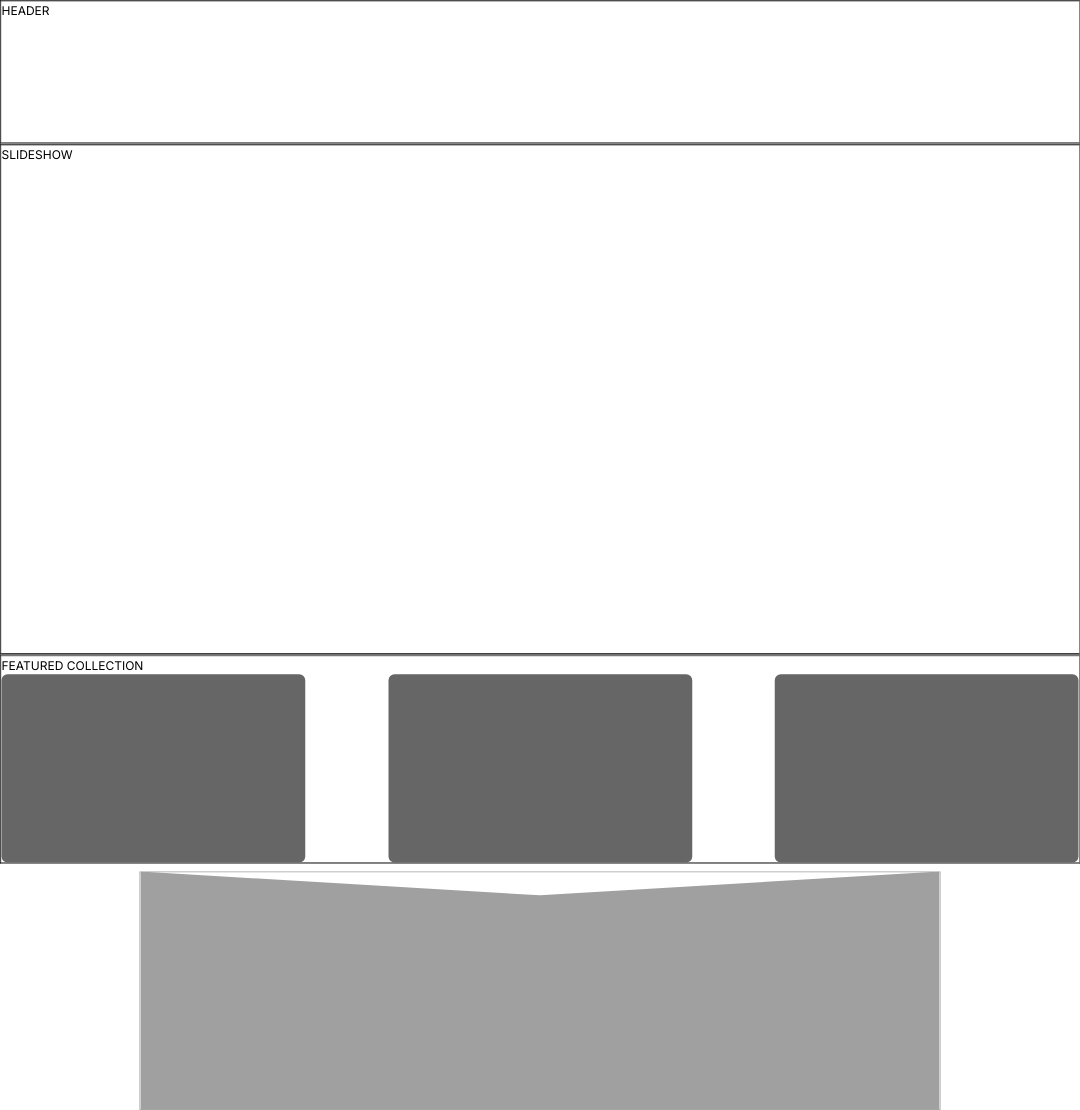
Repository: theophiloweb/landpage_disgital_store
Page: index.html
The author's editor kept a copy of each file at every save. The page is drawn from the files as they stood at one save, then again after the next save.
The browser window is 1280 px wide. The page is 1440 px wide, so the pictures cover 1440 px, including what lies to the right of the window. The pictures show the whole page, at 75% of full size.

Above is the page before, as saved 2025-04-23 11:02:48.

### index.html
<!DOCTYPE html>
<html lang="en">

<head>
    <meta charset="UTF-8">
    <meta name="viewport" content="width=device-width, initial-scale=1.0">
    <title>Document</title>
    <script src="https://cdn.jsdelivr.net/npm/@tailwindcss/browser@4"></script>
    <link rel="stylesheet" href="style.css">
    <link rel="shortcut icon" href="./images/logo.svg" type="image/x-icon">
</head>

<body>

    <!-- Container principal  -->
    <div class="container">

        <header>
            <p>HEADER</p>
        </header>

        <main>

            <aside>

                <section class="slideshow">
                    <p>SLIDESHOW</p>
                </section>

                <section class="featured_collection">
                    <p>FEATURED COLLECTION</p>
                    <div class="img_featured_collection">
                        <div class="img_featured_collection_img1"></div>
                        <div class="img_featured_collection_img2"></div>
                        <div class="img_featured_collection_img3"></div>
                    </div>
                </section>

                <section class="featured_collection_2">

                    <div class="featured_collection_2_box1">
                        <div class="featured_collection_2_box2"></div>
                    </div>


                </section>

            </aside>

        </main>
    </div>
</body>

</html>

### style.css
@import url('https://fonts.googleapis.com/css2?family=Inter:ital,opsz,wght@0,14..32,100..900;1,14..32,100..900&family=Oswald:wght@200..700&family=Roboto:ital,wght@0,100..900;1,100..900&display=swap');

:root {
    --color-dark: #1F1F1F;
    --dark-gray-1: #474747;
    --dark-gray-2: #666666;
    --light-gray-1: #8F8F8F;
    --light-gray-2: #CCCCCC;
    --light-gray-3: #F5F5F5;
    --white: #FFFFFF;
    --primary: #C92071;
    --secundary: #B5B6F2;
    --tTertiary: #991956;
    --error: #EE4266;
    --success: #52CA76;
    --warning: #F6AA1C;
    --primary-g: linear-gradient(top, #C92071 0%, #EDABCA 100%);
    --secondary-g: linear-gradient(top, #B5B6F2 0%, #EFEFFF 100%);
}

* {
    margin: 0;
    padding: 0;
    box-sizing: border-box;
    font-family: "Inter", sans-serif;
}

body {
    width: 100%;
    height: auto;
    display: grid;
    place-items: center;
    grid-template-columns: auto;
    grid-template-rows: auto;
}

.container {
    display: grid;
    grid-template-rows: 1fr;
    place-items: center;
    max-width: 1440px;

}

/* Header */
header {
    border: 2px groove var(--color-dark);
    width: 1440px;
    height: 192px;
}

/* Section Central Slideshow */
.slideshow {
    border: 2px groove var(--color-dark);
    width: 1440px;
    height: 681px;
}

/* Section Central featured_collection - Image */
.featured_collection {
    border: 2px groove var(--color-dark);
    max-width: 1440px;
}

.img_featured_collection {
    display: flex;

    justify-content: space-between;
}

.img_featured_collection_img1 {
    width: 405px;
    height: 251px;
    border-radius: 8px;
    background-color: var(--dark-gray-2);
}

.img_featured_collection_img2 {
    width: 405px;
    height: 251px;
    border-radius: 8px;
    background-color: var(--dark-gray-2);
}

.img_featured_collection_img3 {
    width: 405px;
    height: 251px;
    border-radius: 8px;
    background-color: var(--dark-gray-2);
}

/* Section Central featured_collection 2 */
.featured_collection_2 {
    display: flex;
    justify-content: center;
    max-width: 1440px;
    margin-top: 10px;
}

.featured_collection_2_box1 {
    width: 1067.5px;
    height: 317.5px;
    position: relative;
    display: flex;
    justify-content: center;
    align-items: center;
    box-sizing: border-box;
    /* Borda clara para o retângulo externo */
    border: 1px solid #a0a0a0;
    /* Cor de borda clara */
}

.featured_collection_2_box2 {
    width: 1067.5px;
    height: 317.5px;
    border: none;
    /* Remove a borda padrão */
    border-radius: 0;
    /* Remove border-radius se a forma for recortada */
    position: relative;
    /* Necessário para o pseudo-elemento */
    overflow: hidden;
    /* Garante que o pseudo-elemento recortado se encaixe */

    /* Cor da borda do polígono */
    background-color: #a0a0a0;
    /* Cor clara como na box1 */

    /* Define a forma de polígono: laterais em 0%/100%, topo em telhado com pico em 50% 10% */
    /* Ajuste o valor '10%' se a altura do pico não for exata */
    -webkit-clip-path: polygon(0% 0%, 50% 10%, 100% 0%, 100% 100%, 0% 100%);
    clip-path: polygon(0% 0%, 50% 10%, 100% 0%, 100% 100%, 0% 100%);

    box-sizing: border-box;
}

/* Pseudo-elemento para criar a área transparente dentro do polígono */
.featured_collection_2_box2::before {
    content: '';
    /* Obrigatório */
    position: absolute;
    /* Posição e tamanho para simular a borda (ex: 2px de espessura) */
    top: 2px;
    /* Ajuste a espessura da linha aqui */
    left: 2px;
    /* Ajuste a espessura da linha aqui */
    width: calc(100% - 4px);
    /* 100% - (2 * espessura) */
    height: calc(100% - 4px);
    /* 100% - (2 * espessura) */

    /* Fundo transparente para mostrar apenas a borda do polígono */
    background-color: transparent;

    /* Aplica o mesmo clip-path */
    -webkit-clip-path: polygon(0% 0%, 50% 10%, 100% 0%, 100% 100%, 0% 100%);
    clip-path: polygon(0% 0%, 50% 10%, 100% 0%, 100% 100%, 0% 100%);
}

After the next save:
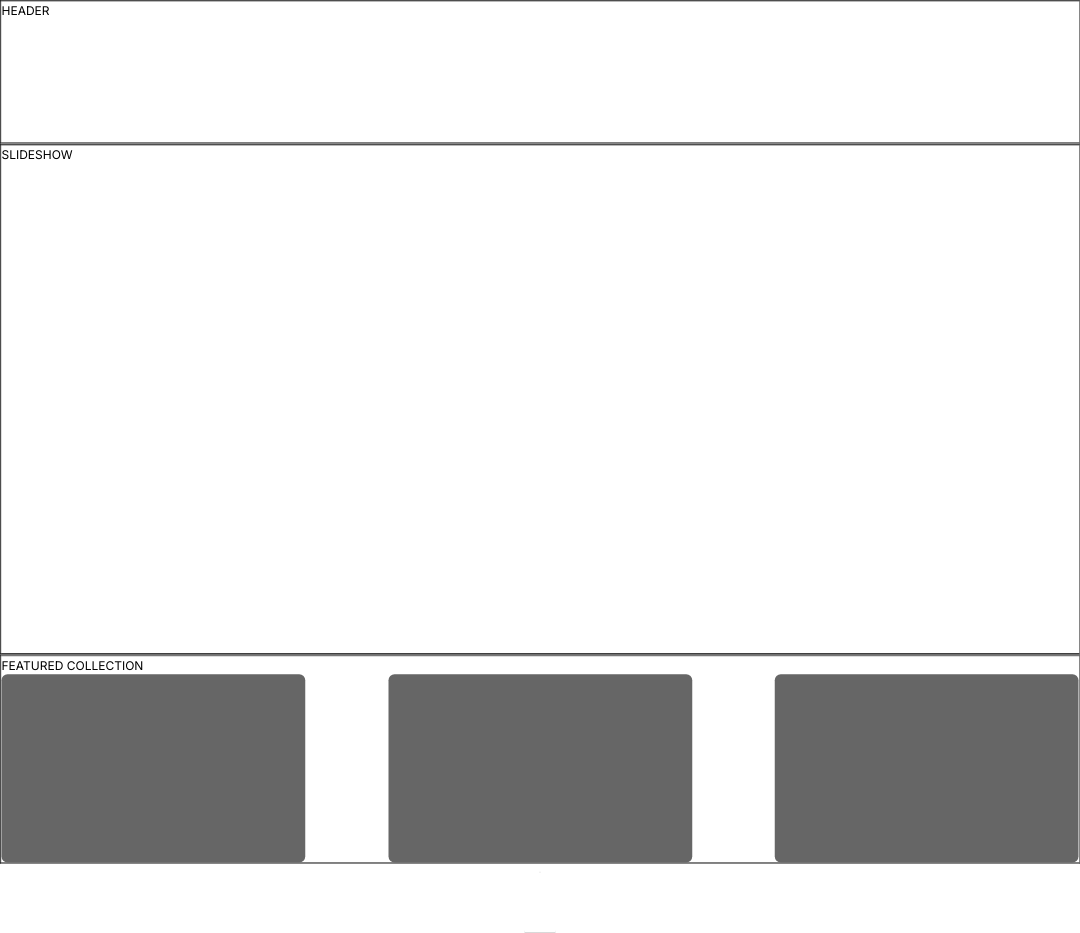
Saved 3 min 44 s later.
--- a/style.css
+++ b/style.css
@@ -98,61 +98,30 @@
 }
 
 .featured_collection_2_box1 {
-    width: 1067.5px;
-    height: 317.5px;
+    /* garante que o filho seja recortado corretamente */
+    overflow: hidden;
+    /* para posicionamento relativo, se precisar de pseudo-elementos depois */
     position: relative;
-    display: flex;
-    justify-content: center;
-    align-items: center;
-    box-sizing: border-box;
-    /* Borda clara para o retângulo externo */
-    border: 1px solid #a0a0a0;
-    /* Cor de borda clara */
 }
 
+/* Aqui vem a magia do trapézio */
 .featured_collection_2_box2 {
-    width: 1067.5px;
-    height: 317.5px;
-    border: none;
-    /* Remove a borda padrão */
-    border-radius: 0;
-    /* Remove border-radius se a forma for recortada */
-    position: relative;
-    /* Necessário para o pseudo-elemento */
-    overflow: hidden;
-    /* Garante que o pseudo-elemento recortado se encaixe */
+    /* medidas genéricas — ajuste conforme o seu layout */
+    width: 100%;
+    padding: 40px 20px;
+    background-color: #fff;
+    border: 1px solid #ccc;
 
-    /* Cor da borda do polígono */
-    background-color: #a0a0a0;
-    /* Cor clara como na box1 */
-
-    /* Define a forma de polígono: laterais em 0%/100%, topo em telhado com pico em 50% 10% */
-    /* Ajuste o valor '10%' se a altura do pico não for exata */
-    -webkit-clip-path: polygon(0% 0%, 50% 10%, 100% 0%, 100% 100%, 0% 100%);
-    clip-path: polygon(0% 0%, 50% 10%, 100% 0%, 100% 100%, 0% 100%);
-
-    box-sizing: border-box;
+    /* recortamos o topo para criar o trapézio */
+    clip-path: polygon(20px 0%,
+            /* canto superior esquerdo deslocado 20px para dentro */
+            calc(100% - 20px) 0%,
+            /* canto superior direito 20px para dentro */
+            100% 100%,
+            /* canto inferior direito normal */
+            0% 100%
+            /* canto inferior esquerdo normal */
+        );
+    /* prefix para navegadores baseados em Webkit */
+    -webkit-clip-path: polygon(20px 0%, calc(100% - 20px) 0%, 100% 100%, 0% 100%);
 }
-
-/* Pseudo-elemento para criar a área transparente dentro do polígono */
-.featured_collection_2_box2::before {
-    content: '';
-    /* Obrigatório */
-    position: absolute;
-    /* Posição e tamanho para simular a borda (ex: 2px de espessura) */
-    top: 2px;
-    /* Ajuste a espessura da linha aqui */
-    left: 2px;
-    /* Ajuste a espessura da linha aqui */
-    width: calc(100% - 4px);
-    /* 100% - (2 * espessura) */
-    height: calc(100% - 4px);
-    /* 100% - (2 * espessura) */
-
-    /* Fundo transparente para mostrar apenas a borda do polígono */
-    background-color: transparent;
-
-    /* Aplica o mesmo clip-path */
-    -webkit-clip-path: polygon(0% 0%, 50% 10%, 100% 0%, 100% 100%, 0% 100%);
-    clip-path: polygon(0% 0%, 50% 10%, 100% 0%, 100% 100%, 0% 100%);
-}

After the 2 saves that followed:
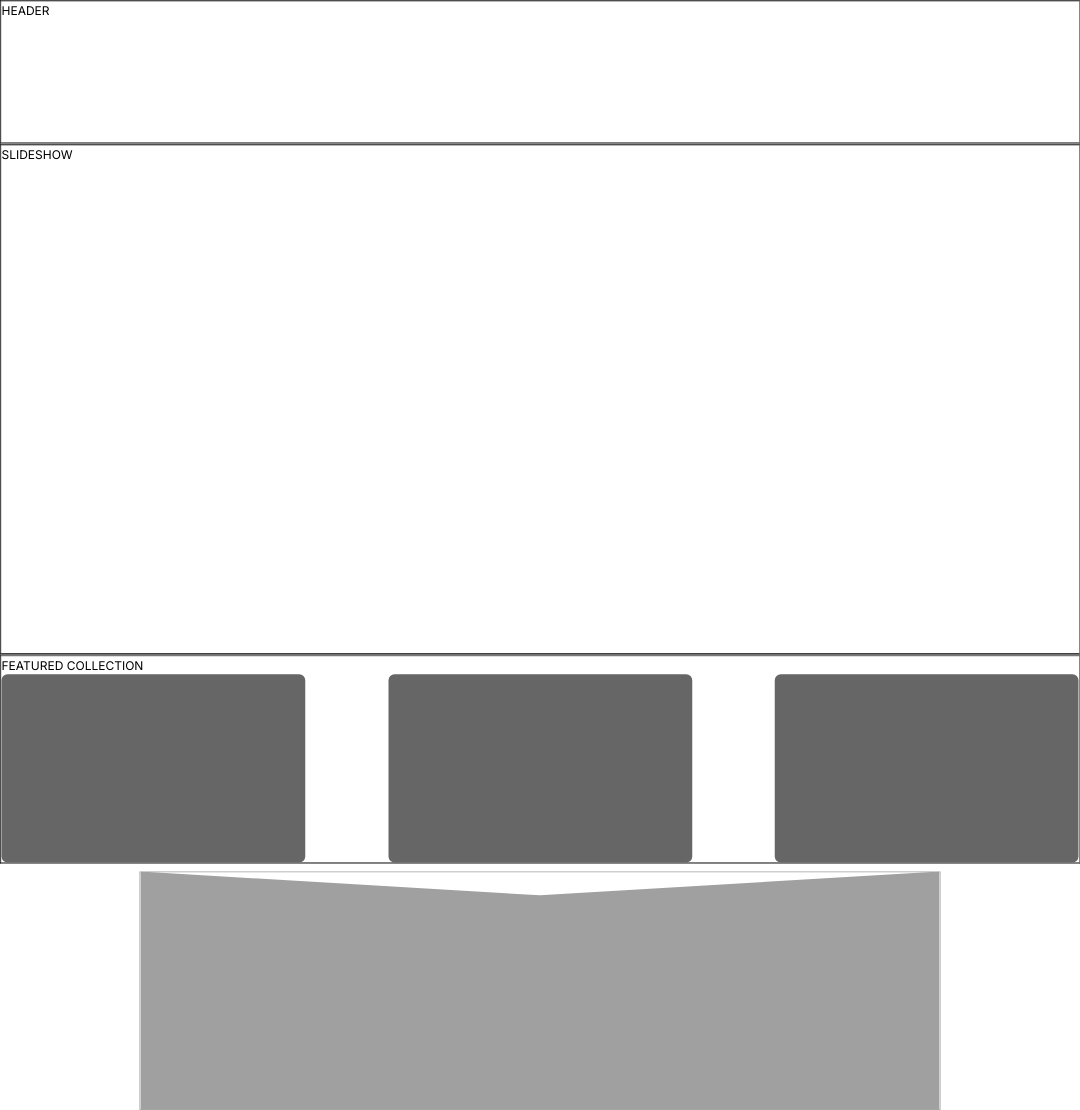
The 2 saves are shown as one change because 1 left the picture as it was.
The last was saved 51 s later.
--- a/style.css
+++ b/style.css
@@ -98,30 +98,61 @@
 }
 
 .featured_collection_2_box1 {
-    /* garante que o filho seja recortado corretamente */
-    overflow: hidden;
-    /* para posicionamento relativo, se precisar de pseudo-elementos depois */
+    width: 1067.5px;
+    height: 317.5px;
     position: relative;
+    display: flex;
+    justify-content: center;
+    align-items: center;
+    box-sizing: border-box;
+    /* Borda clara para o retângulo externo */
+    border: 1px solid #a0a0a0;
+    /* Cor de borda clara */
 }
 
-/* Aqui vem a magia do trapézio */
 .featured_collection_2_box2 {
-    /* medidas genéricas — ajuste conforme o seu layout */
-    width: 100%;
-    padding: 40px 20px;
-    background-color: #fff;
-    border: 1px solid #ccc;
+    width: 1067.5px;
+    height: 317.5px;
+    border: none;
+    /* Remove a borda padrão */
+    border-radius: 0;
+    /* Remove border-radius se a forma for recortada */
+    position: relative;
+    /* Necessário para o pseudo-elemento */
+    overflow: hidden;
+    /* Garante que o pseudo-elemento recortado se encaixe */
 
-    /* recortamos o topo para criar o trapézio */
-    clip-path: polygon(20px 0%,
-            /* canto superior esquerdo deslocado 20px para dentro */
-            calc(100% - 20px) 0%,
-            /* canto superior direito 20px para dentro */
-            100% 100%,
-            /* canto inferior direito normal */
-            0% 100%
-            /* canto inferior esquerdo normal */
-        );
-    /* prefix para navegadores baseados em Webkit */
-    -webkit-clip-path: polygon(20px 0%, calc(100% - 20px) 0%, 100% 100%, 0% 100%);
+    /* Cor da borda do polígono */
+    background-color: #a0a0a0;
+    /* Cor clara como na box1 */
+
+    /* Define a forma de polígono: laterais em 0%/100%, topo em telhado com pico em 50% 10% */
+    /* Ajuste o valor '10%' se a altura do pico não for exata */
+    -webkit-clip-path: polygon(0% 0%, 50% 10%, 100% 0%, 100% 100%, 0% 100%);
+    clip-path: polygon(0% 0%, 50% 10%, 100% 0%, 100% 100%, 0% 100%);
+
+    box-sizing: border-box;
 }
+
+/* Pseudo-elemento para criar a área transparente dentro do polígono */
+.featured_collection_2_box2::before {
+    content: '';
+    /* Obrigatório */
+    position: absolute;
+    /* Posição e tamanho para simular a borda (ex: 2px de espessura) */
+    top: 2px;
+    /* Ajuste a espessura da linha aqui */
+    left: 2px;
+    /* Ajuste a espessura da linha aqui */
+    width: calc(100% - 4px);
+    /* 100% - (2 * espessura) */
+    height: calc(100% - 4px);
+    /* 100% - (2 * espessura) */
+
+    /* Fundo transparente para mostrar apenas a borda do polígono */
+    background-color: transparent;
+
+    /* Aplica o mesmo clip-path */
+    -webkit-clip-path: polygon(0% 0%, 50% 10%, 100% 0%, 100% 100%, 0% 100%);
+    clip-path: polygon(0% 0%, 50% 10%, 100% 0%, 100% 100%, 0% 100%);
+}
